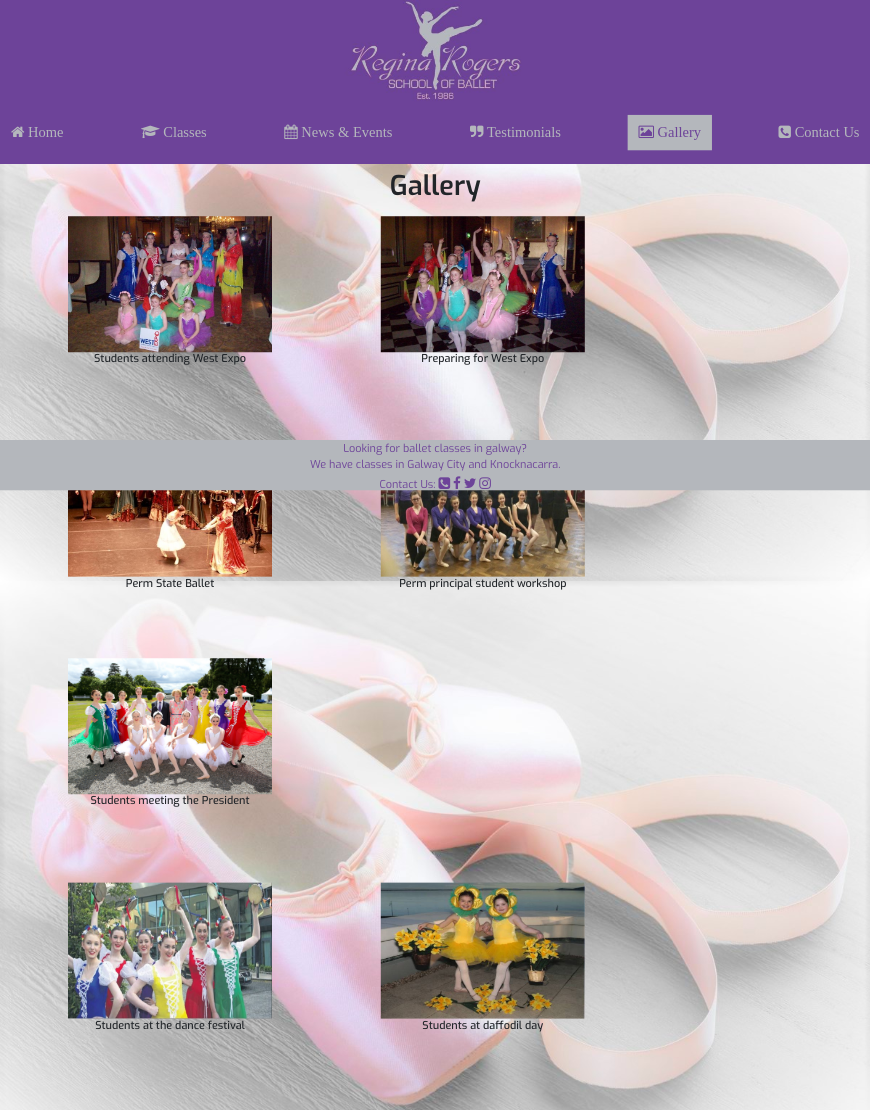
Repository: davidtmiller2010/galwayballet
Page: Gallery.html
The author's editor kept a record of every edit. The page is drawn from the files as they stood at one moment, then again after the next edit.
The browser window is 1280 px wide. The pictures show the whole page, at 68% of full size.

Above is the page before.

After the next edit:
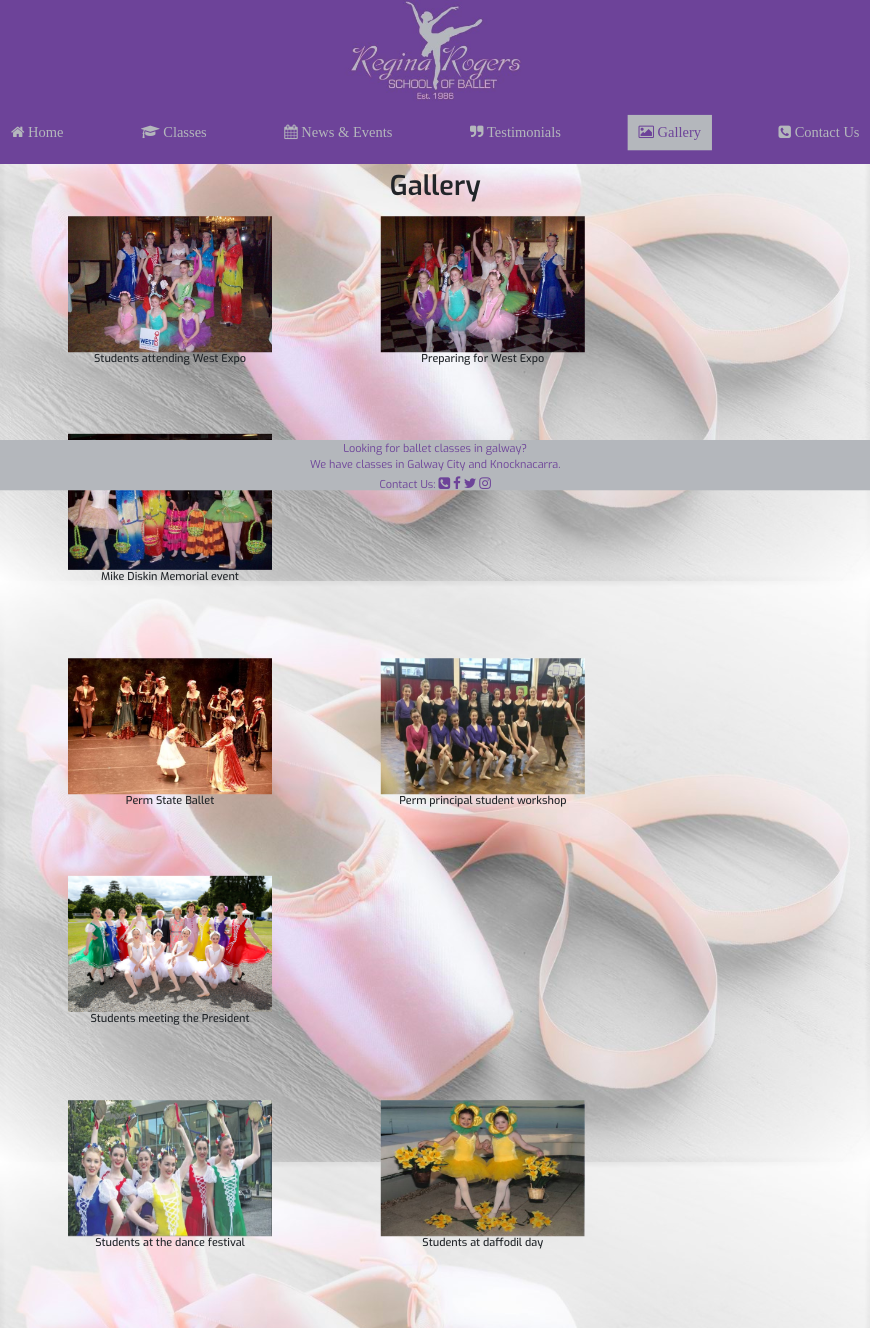
The edit:
--- a/Gallery.html
+++ b/Gallery.html
@@ -15,30 +15,34 @@
 
 <body>
     <header>
-         <div class="logo">
+        <div class="logo">
             <li><i class="bars fa fa-bars"> MENU </i></li>
         </div>
         <div>
             <ul class="navbar">
-                <li><a href="index.html" ><i class="fa fa-home fa-lg"> Home</i></a></li>
-                <li><a href="Classes.html" ><i class="fa fa-graduation-cap fa-lg"> Classes</i></a></li>
-                <li><a href="News.html" ><i class="fa fa-calendar fa-lg"> News & Events</i></a></li>
-                <li><a href="Testimonial.html" ><i class="fa fa-quote-right fa-lg"> Testimonials</i></a></li>
+                <li><a href="index.html"><i class="fa fa-home fa-lg"> Home</i></a></li>
+                <li><a href="Classes.html"><i class="fa fa-graduation-cap fa-lg"> Classes</i></a></li>
+                <li><a href="News.html"><i class="fa fa-calendar fa-lg"> News & Events</i></a></li>
+                <li><a href="Testimonial.html"><i class="fa fa-quote-right fa-lg"> Testimonials</i></a></li>
                 <li><a href="Gallery.html" class="active "><i class="fa fa-image fa-lg"> Gallery</i></a></li>
-                <li><a href="Contact.html" ><i class="fa fa-phone-square fa-lg"> Contact Us</i></a></li>
+                <li><a href="Contact.html"><i class="fa fa-phone-square fa-lg"> Contact Us</i></a></li>
             </ul>
-            </div>
+        </div>
     </header>
     <section class="container-fluid1">
         <h2 class=heading>Gallery</h2>
         <div class="row galleryheight">
             <div class=" gallery text-center">
-                <img src="assets/images/westexpo.jpg" alt="West Expo" width=300 height=200 >
+                <img src="assets/images/westexpo.jpg" alt="West Expo" width=300 height=200>
                 <h6>Students attending West Expo</h6>
             </div>
             <div class=" gallery text-center">
                 <img src="assets/images/WestExpo2.jpg" alt="West Expo2" width=300 height=200>
                 <h6>Preparing for West Expo</h6>
+            </div>
+            <div class=" gallery text-center">
+                <img src="assets/images/Mikediskin.jpg" alt="Mikediskin" width=300 height=200>
+                <h6>Mike Diskin Memorial event</h6>
             </div>
         </div>
         <div class="row galleryheight">
@@ -56,7 +60,6 @@
             </div>
         </div>
         <div class="row galleryheight">
-
             <div class="gallery text-center">
                 <img src="assets/images/dance-festival.jpg" alt="dance-festival" width=300 height=200>
                 <h6>Students at the dance festival</h6>
